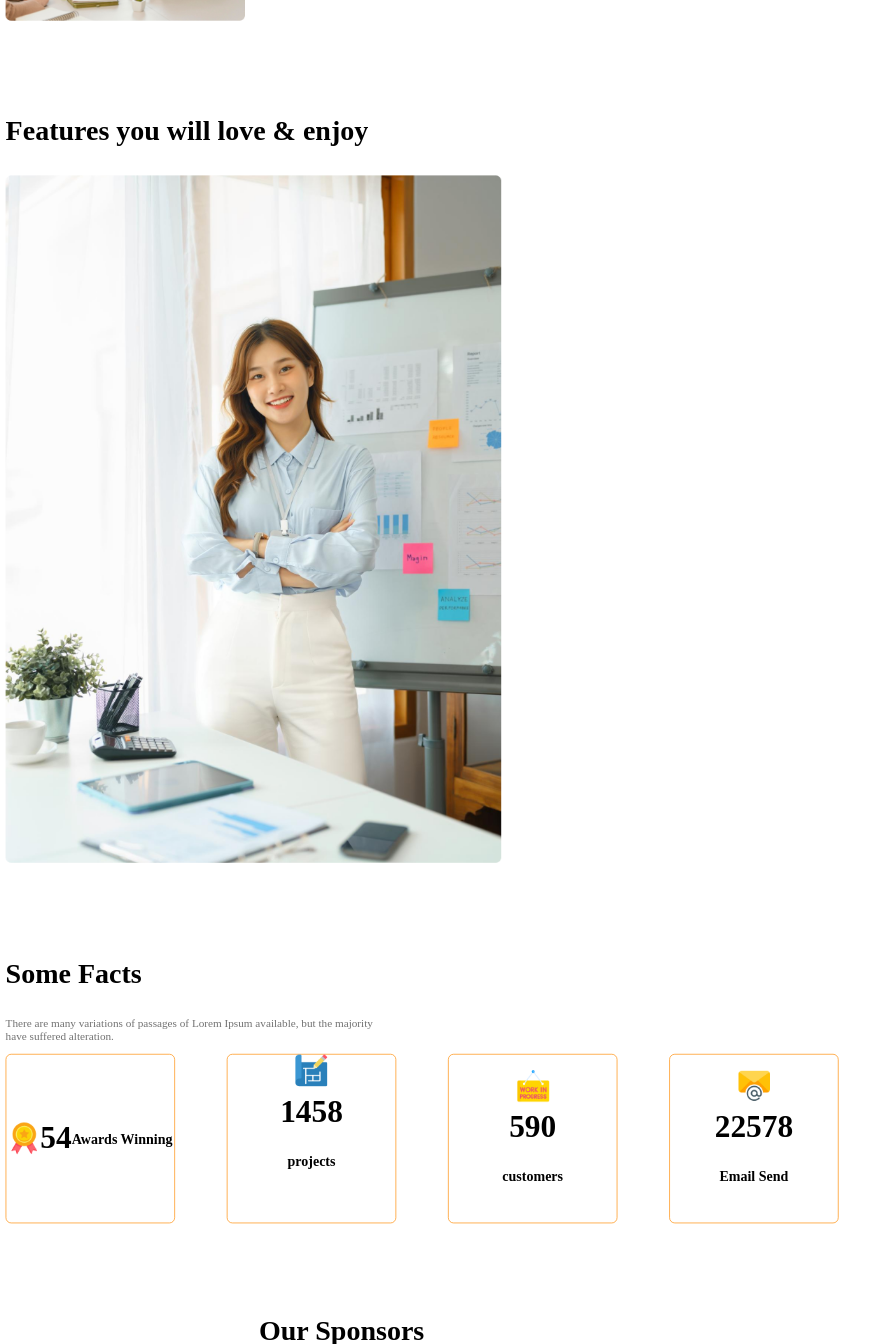
Repository: tanimtanzilislam/g3-architect-website
Page: index.html
The author's editor kept a copy of each file at every save. The page is drawn from the files as they stood at one save, then again after a run of saves.
The browser window is 1280 px wide. The pictures show the part of the page from y = 2652 to 4572 px (the page is 4826 px tall before and 4860 px after), at 70% of full size.

Above is the page before, as saved 2026-02-06 22:16:15.

### index.html
<!DOCTYPE html>
<html lang="en">
<head>
    <meta charset="UTF-8">
    <meta name="viewport" content="width=device-width, initial-scale=1.0">
    <title>G3 Architecture</title>
    <link rel="stylesheet" href="styles/styles.css">
</head>
<body class=".work-sans-font">
    <header class="bg-light" >
        <nav class="navbar display-flex">
            <h3 class="brand">G3 Architect </h3>
             <ul class="nav-links display-flex">

                <li class="nav-item"><a href="" class="nav-link text-gray">Home</a></li>
                <li class="nav-item"><a href="" class="nav-link text-gray">About</a></li>
                <li class="nav-item"><a href="" class="nav-link text-gray">Contact-Us</a></li>
                <li class="nav-item"><a href="" class="nav-link text-gray">Login</a></li>
             </ul>
        </nav>

        <div class="banner">
        <div class="banner-content">
        <h1 class="banner-title">
                Brand new group of Architectects
            </h1>
            <p class="banner-description">
                There are many variations of passages of Lorem Ipsum available, but the majority have suffered alteration in some form, by injected humour, or randomised words which don't look even
            </p>
            <button class="btn-primary">Explore More</button>
            </div>

            <img class="banner-image" src="images/banner.png" alt="">
        </div>
    </header>
    <main>
        <!-- team section start -->
        <section class="teams display-flex">

            <div class="team-imag-container">

                <img src="images/team1.png" alt="two at=rchitect discussing about design">
                 <img src="images/team2.png" alt="">
                 <img src="images/team3.png" alt="">
                 <img src="images/team4.png" alt="">
            </div>

            <div class="our-features">
                <h3 class="section-title"> <span id="quick-list">Quick list </span><span>of our</span> <span  class="text-primary">features</span></h3>
                 <p class="feature-description  text-light-gray">
                    There are many variations of passages of Lorem Ipsum available, but the majority have suffered alteration in some form, by injected humour, or randomised words which don't look even
                 </p>
                 <button class="btn-primary">Explore More</button>
            </div>




        </section>

        <!-- featue section started -->
         <section class="features">
            <div>
           <h3 class="section-title">Features you will love & enjoy</h3>
            </div>
            <div>
                <img src="images/architect.png" alt="">
            </div>
         </section>

        <!-- some facts -->
         <section>
            <h3 class="section-title"> Some Facts</h3>
            <p class="text-light-gray fact-description">There are many variations of passages of Lorem Ipsum available, but the majority have suffered alteration.</p>

            <div class="facts-container">
                <!-- .fact-card*4>img.fact-icon+h4.fact-number+h5.fact-name -->
             <div class="fact-card display-flex">
                <img src="images/icons/ribon.png" alt="" class="fact-icon">
                <h4 class="fact-number">54</h4>
                <h5 class="fact-name">Awards Winning</h5>
             </div>
             <div class="fact-card">
                <div >
                    <img src="images/icons/projects.png" alt="" class="fact-icon">
                <h4 class="fact-number">1458</h4>
                <h5 class="fact-name">projects</h5>
                </div>
             </div>
             <div class="fact-card display-flex">
                <div>
                    <img src="images/icons/customers.png" alt="" class="fact-icon">
                <h4 class="fact-number">590</h4>
                <h5 class="fact-name">customers</h5>
                </div>
             </div>
             <div class="fact-card display-flex">
                <div>
                    <img src="images/icons/email.png" alt="" class="fact-icon">
                <h4 class="fact-number">22578</h4>
                <h5 class="fact-name">Email Send</h5>
                </div>
             </div>

            </div>

         </section>

         <!-- our facts -->
          <section class="our-sponsors">
            <div class="sponsor-info">
               <h3 class="section-title">Our Sponsors</h3>
               <p class="text-light-gray">
                There are many variations of passages of Lorem Ipsum available, but the majority have suffered alteration.
               </p>
               <div class="sponsor-companies">

                <img src="images/sponsors/spotify.png" alt="">
                 <img src="images/sponsors/google.png" alt="">
                  <img src="images/sponsors/amazon.png" alt="">
                   <img src="images/sponsors/telerama.png" alt="">
                    <img src="images/sponsors/figma.png" alt="">
               </div>

            </div>

          </section>
    </main>
    <footer></footer>

</body>
</html>

### styles/styles.css
@import url('https://fonts.googleapis.com/css2?family=Work+Sans:ital,wght@0,100..900;1,100..900&display=swap');

.work-sans-font{
  font-family: "Work Sans", sans-serif;
  font-optical-sizing: auto;
  font-weight: 400;
  font-style: normal;
}

/* shared styles */
.display-flex{
  display:flex;
}

.text-gray{
  color:#424242;
}

/* dark02 */
.text-light-gray{
  color:#727272;
}

/* header styles */

.navbar{
  justify-content: space-between;
  align-items:center;
}
.brand{
  font-weight:700;
  font-size:45px;
}

/* navbar related styles */
.bg-light{
  background-color: rgba(255,144,14,0.1);
}

.nav-item{
  list-style:none;
  margin-right:30px;
}

.nav-link{
  text-decoration:none;
  font-weight:500;
}
.navbar ,.banner{
  max-width:1440px;
  margin:0 auto;
}

/* banner related styles */

.banner-content{
  max-width:850px;
  margin: 0 auto 50px auto;
}
.banner-title{
  font-weight: 700;
  font-size:4em;
}
.btn-primary{
  background-color:#FF900E;
  color:white;
  padding:20px 25px;
  font-size: 1.25rem;
  font-weight:600;
  border-radius: 0;
}
.banner-image{
  width:100%;
}

/* team and feature related styles */

.teams{
  align-items:center;
}
.team-img-container{
  display:grid;
  grid-template-columns: repeat(2,1fr);
}
main>section{
  margin-top:130px;
}

.our-features{
  margin-left: 130px;
  max-width: 530px;
}

.section-title{
  font-size:2.5rem;
  font-weight: 700;
}
#quick-list{
  font-weight:500;
}

.facts-container{
  display:grid;
  grid-template-columns: repeat(4,1fr);
}

/* Some Facts related styles */
.fact-card{
  border: 1px solid #FF900E;
  width:240px;
  height:240px;
  border-radius:8px;
  text-align: center;
  align-items:center;
  justify-content: center;
}
.fact-number{
  font-size: 2.8rem;
  font-weight: 600;
  margin-top:5px;
  margin-bottom:10px;
}
.fact-name{
  font-size:1.25rem;
  font-weight:600;
}

.text-primary{
  color:#FF900E;
}
.fact-description{
  max-width:540px;
}
.sponsor-companies{
  justify-items: center;
  gap:24px;
}

/* responsive media query */
@media screen and (max-width:576px){
  .navbar ,.nav-links, .teams{
    flex-direction: column;
  }

  .team-img-container, .facts-container,
  .sponsor-companies{
    grid-template-columns: 1fr;
  }
  .facts-container,.sponsor-companies{
    justify-content: center;
    gap:24px;
  }
  .our-features{
    margin-left:20px;
  }
}

main{
  max-width:1440px;
  margin:0px auto;
}

/* sponsor related styles */
.sponsor-info{
  max-width:540px;
  margin:50px auto;
}
.sponsor-companies img{
  filter:grayscale(100%);
}

/*  medium size device */
@media screen and (min-width:576px) and (max-width:992px){
  .teams{
    flex-direction:column;
  }
  .our-features{
    margin:50px auto;
  }
  .sponsor-companies,.facts-container{
    grid-template-columns:repeat(3,1fr);
    gap:50px;
    justify-items: center;
  }
}

After the next 2 saves:
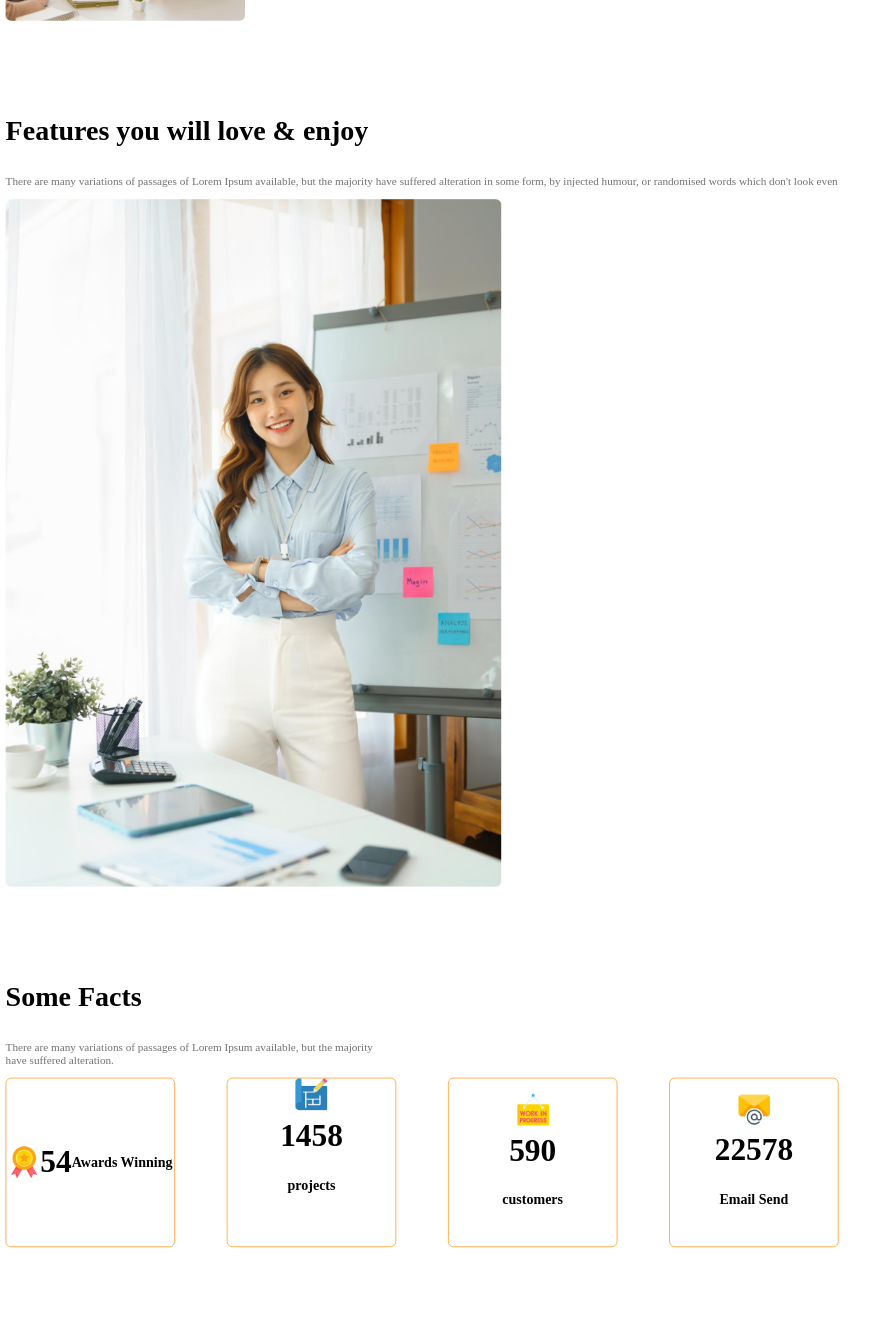
The 2 saves are shown as one change because they came seconds apart.
The last was saved 85 s later.
--- a/index.html
+++ b/index.html
@@ -62,6 +62,7 @@
          <section class="features">
             <div>
            <h3 class="section-title">Features you will love & enjoy</h3>
+           <p class="text-light-gray">There are many variations of passages of Lorem Ipsum available, but the majority have suffered alteration in some form, by injected humour, or randomised words which don't look even</p>
             </div>
             <div>
                 <img src="images/architect.png" alt="">
